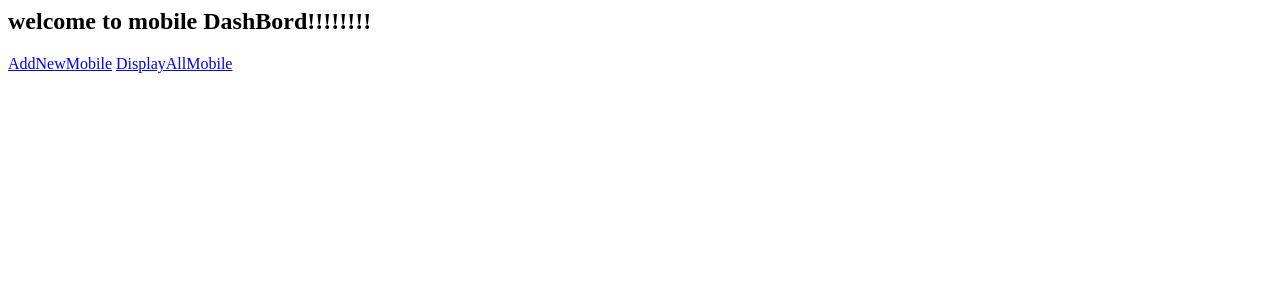
Repository: badoletanisha/Servlets
Page: http://localhost/ServletJdbc/
An editor plug-in stored every save of this project. The page is shown before and after the next save, followed by the edit.
The browser window is 1280 px wide. The pictures show the whole page.
The page is served by Tomcat 9. Other server files are loaded and not shown.

Above is the page before, as saved 2024-02-03 06:30:03.

### ServletJdbc/src/main/webapp/index.jsp
<html>
<body>
<h2>welcome to mobile DashBord!!!!!!!!</h2>
<a href="addMobile">AddNewMobile</a>
<a href="displayAllMobile">DisplayAllMobile</a>
</body>
</html>

After the next save:
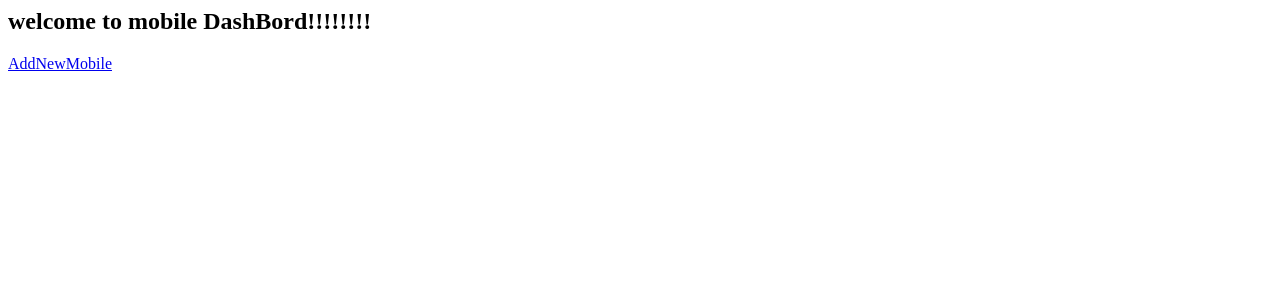
Saved 74 s later.
--- a/ServletJdbc/src/main/webapp/index.jsp
+++ b/ServletJdbc/src/main/webapp/index.jsp
@@ -2,6 +2,6 @@
 <body>
 <h2>welcome to mobile DashBord!!!!!!!!</h2>
 <a href="addMobile">AddNewMobile</a>
-<a href="displayAllMobile">DisplayAllMobile</a>
+
 </body>
 </html>
